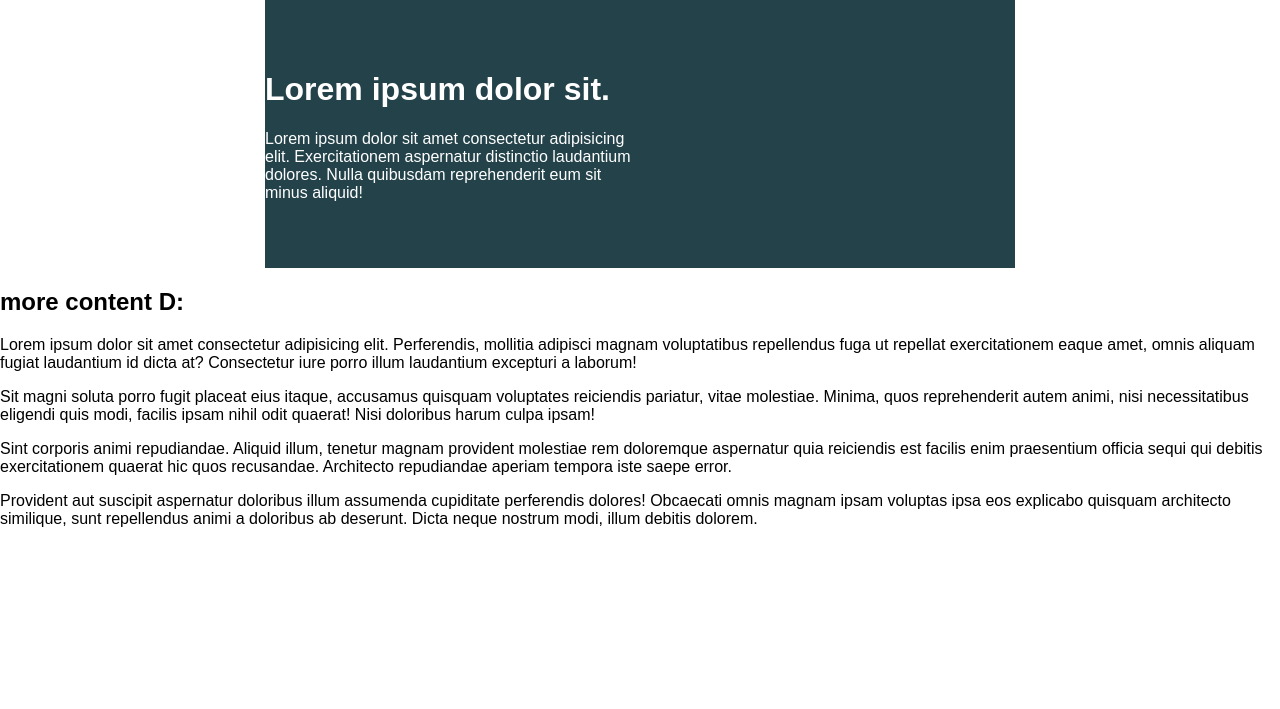
Repository: ufanodev/responsive-3
Page: index.html
These files come from the project's save history. The page is drawn as it stood at one moment and after the next save; the edit follows.
The browser window is 1280 px wide. The pictures show the whole page.

Above is the page before, as saved 2022-12-10 13:14:58.

### index.html
<!DOCTYPE html>
<html lang="en">
<head>
    <meta charset="UTF-8">
    <meta name="viewport" content="width=device-width, initial-scale=1.0">
    <title>KP Responsive Course</title>

    <link rel="stylesheet" href="style.css">
</head>
<body>

    <div class="container">
        <div class="intro-content">
            <h1>Lorem ipsum dolor sit.</h1>
            <p>Lorem ipsum dolor sit amet consectetur adipisicing elit. Exercitationem aspernatur distinctio laudantium dolores. Nulla quibusdam reprehenderit eum sit minus aliquid!</p>
        </div>
    </div>


    <h2>more content D:</h2>
    <p>Lorem ipsum dolor sit amet consectetur adipisicing elit. Perferendis, mollitia adipisci magnam voluptatibus repellendus fuga ut repellat exercitationem eaque amet, omnis aliquam fugiat laudantium id dicta at? Consectetur iure porro illum laudantium excepturi a laborum!</p>
    <p>Sit magni soluta porro fugit placeat eius itaque, accusamus quisquam voluptates reiciendis pariatur, vitae molestiae. Minima, quos reprehenderit autem animi, nisi necessitatibus eligendi quis modi, facilis ipsam nihil odit quaerat! Nisi doloribus harum culpa ipsam!</p>
    <p>Sint corporis animi repudiandae. Aliquid illum, tenetur magnam provident molestiae rem doloremque aspernatur quia reiciendis est facilis enim praesentium officia sequi qui debitis exercitationem quaerat hic quos recusandae. Architecto repudiandae aperiam tempora iste saepe error.</p>
    <p>Provident aut suscipit aspernatur doloribus illum assumenda cupiditate perferendis dolores! Obcaecati omnis magnam ipsam voluptas ipsa eos explicabo quisquam architecto similique, sunt repellendus animi a doloribus ab deserunt. Dicta neque nostrum modi, illum debitis dolorem.</p>


</body>
</html>

### style.css
/* INSTRUCTIONS
 *
 * 1) Keep the text inside .intro-content
 *    in the same place, but have the background
 *    extend from one side of the viewport
 *    to the other, no matter how wide or narrow
 *    the browser is.
 *
 * 2) Limit the maximum width of the text in the
 *    bottom area.
 *
 * You may modify the HTML if needed
 * (you probably should for this challenge)
 *
 */

* {
  box-sizing: border-box;
}

body {
  margin: 0;
  font-family: sans-serif;
}

.container {
  width: 80%;
  max-width: 750px;
  margin: 0 auto;
  background: #23424a;
  color: white;
  padding: 50px 0;
}

.intro-content {
  width: 50%;
}

After the next save:
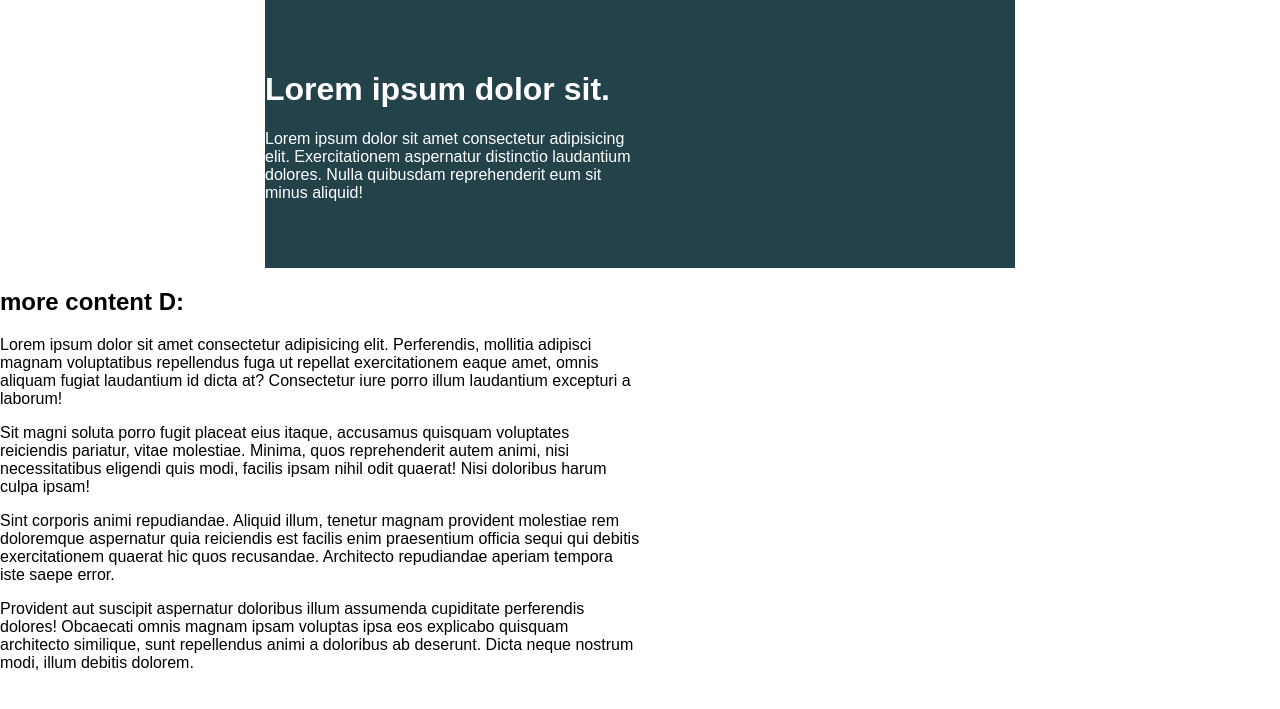
Saved 6 h 14 min later.
--- a/index.html
+++ b/index.html
@@ -16,13 +16,16 @@
         </div>
     </div>
 
+    <div class ="intro-content">
+        <h2>more content D:</h2>
+            <p>Lorem ipsum dolor sit amet consectetur adipisicing elit. Perferendis, mollitia adipisci magnam voluptatibus repellendus fuga ut repellat exercitationem eaque amet, omnis aliquam fugiat laudantium id dicta at? Consectetur iure porro illum laudantium excepturi a laborum!</p>
 
-    <h2>more content D:</h2>
-    <p>Lorem ipsum dolor sit amet consectetur adipisicing elit. Perferendis, mollitia adipisci magnam voluptatibus repellendus fuga ut repellat exercitationem eaque amet, omnis aliquam fugiat laudantium id dicta at? Consectetur iure porro illum laudantium excepturi a laborum!</p>
-    <p>Sit magni soluta porro fugit placeat eius itaque, accusamus quisquam voluptates reiciendis pariatur, vitae molestiae. Minima, quos reprehenderit autem animi, nisi necessitatibus eligendi quis modi, facilis ipsam nihil odit quaerat! Nisi doloribus harum culpa ipsam!</p>
-    <p>Sint corporis animi repudiandae. Aliquid illum, tenetur magnam provident molestiae rem doloremque aspernatur quia reiciendis est facilis enim praesentium officia sequi qui debitis exercitationem quaerat hic quos recusandae. Architecto repudiandae aperiam tempora iste saepe error.</p>
-    <p>Provident aut suscipit aspernatur doloribus illum assumenda cupiditate perferendis dolores! Obcaecati omnis magnam ipsam voluptas ipsa eos explicabo quisquam architecto similique, sunt repellendus animi a doloribus ab deserunt. Dicta neque nostrum modi, illum debitis dolorem.</p>
+            <p>Sit magni soluta porro fugit placeat eius itaque, accusamus quisquam voluptates reiciendis pariatur, vitae molestiae. Minima, quos reprehenderit autem animi, nisi necessitatibus eligendi quis modi, facilis ipsam nihil odit quaerat! Nisi doloribus harum culpa ipsam!</p>
 
+            <p>Sint corporis animi repudiandae. Aliquid illum, tenetur magnam provident molestiae rem doloremque aspernatur quia reiciendis est facilis enim praesentium officia sequi qui debitis exercitationem quaerat hic quos recusandae. Architecto repudiandae aperiam tempora iste saepe error.</p>
+
+            <p>Provident aut suscipit aspernatur doloribus illum assumenda cupiditate perferendis dolores! Obcaecati omnis magnam ipsam voluptas ipsa eos explicabo quisquam architecto similique, sunt repellendus animi a doloribus ab deserunt. Dicta neque nostrum modi, illum debitis dolorem.</p>
+    </div>
 
 </body>
 </html>
